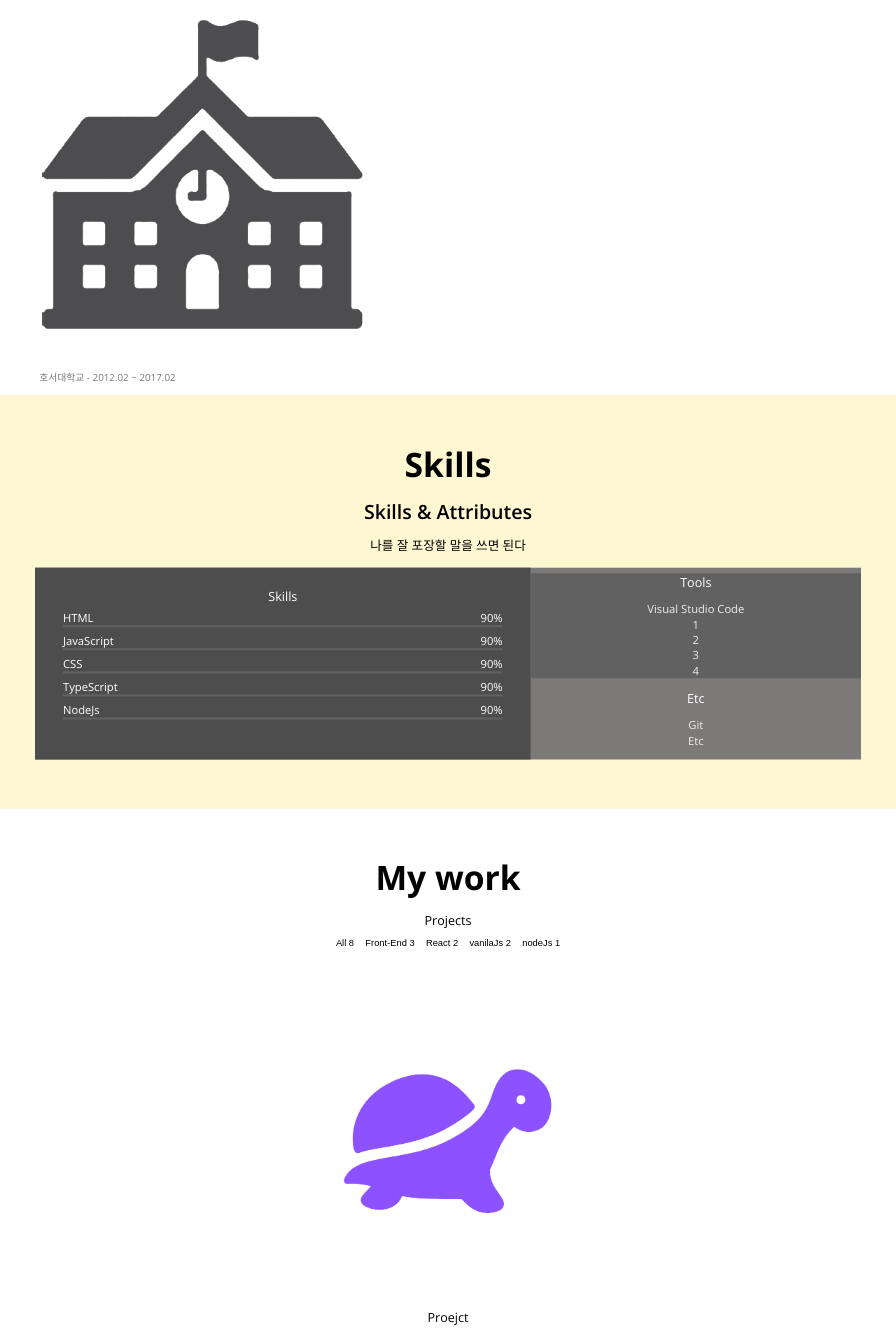
Repository: DevMinwoo-Jung/MinwooPortfolio
Page: index.html
These files come from the project's save history. The page is drawn as it stood at one moment and after the next save; the edit follows.
The browser window is 1280 px wide. The pictures show the part of the page from y = 2820 to 4740 px (the page is 7890 px tall), at 70% of full size.

Above is the page before, as saved 2021-05-31 15:00:16.

After the next save:
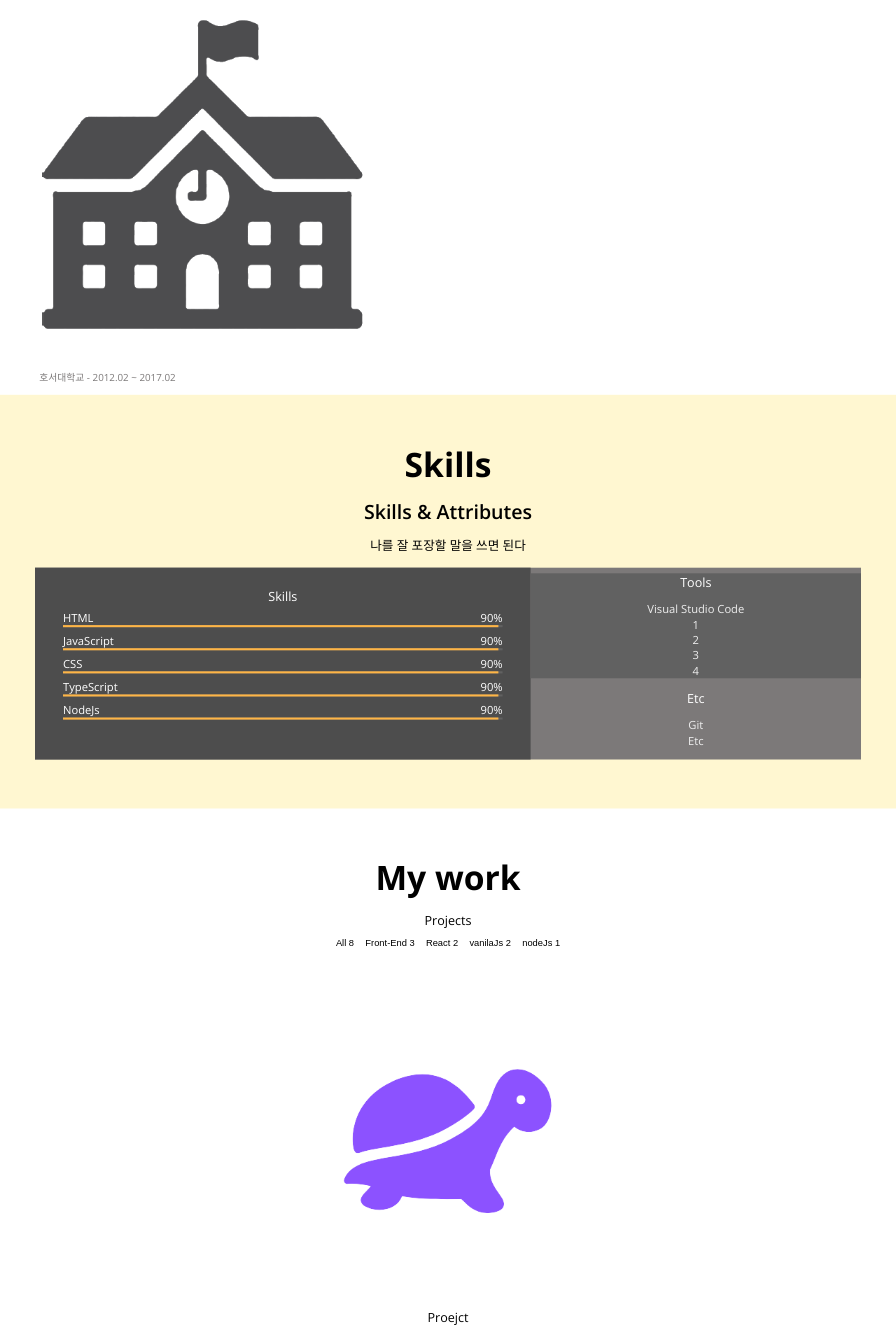
Saved 46 s later.
--- a/style.css
+++ b/style.css
@@ -283,3 +283,8 @@ button {
 .skill {
   margin-bottom: 8px;
 }
+
+.skill__value {
+  height: 3px;
+  background-color: var(--color-orange);
+}
